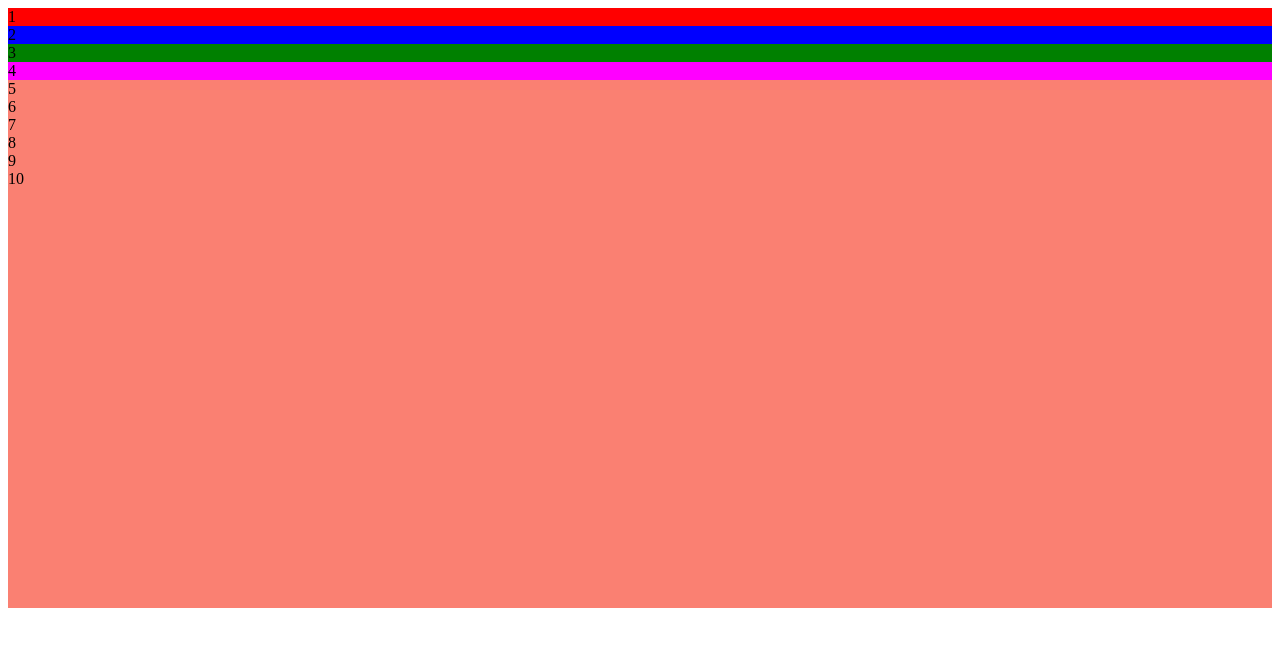
Repository: DinkarRavi/Dinkar_Coding
Page: 22aug24/grid.html
The author's editor kept a copy of each file at every save. The page is drawn from the files as they stood at one save, then again after a run of saves.
The browser window is 1280 px wide. The pictures show the whole page.

Above is the page before, as saved 2024-08-22 15:01:45.

### 22aug24/grid.html
<!DOCTYPE html>
<html lang="en">
<head>
    <meta charset="UTF-8">
    <meta name="viewport" content="width=device-width, initial-scale=1.0">
    <title>Document</title>
    <link rel="stylesheet" href="grid.css">
</head>
<body>

        <div id="parent">
        <div>1</div>
        <div>2</div>
        <div>3</div>
        <div>4</div>
        <div>5</div>
        <div>6</div>
        <div>7</div>
        <div>8</div>
        <div>9</div>
        <div>10</div>

    </div>
</body>
</html>

### 22aug24/grid.css


#parent{
border: 2px;
background-color: salmon;
height: 600px;
display: ;
grid-template-columns: auto;
}
div{
div:nth-child(1) {
  background: red;
}
div:nth-of-type(2) {
    background: blue;
  }
  div:nth-child(3) {
    background: green;
  }
  div:nth-child(4) {
    background: magenta;
  }
}

After the next 3 saves:
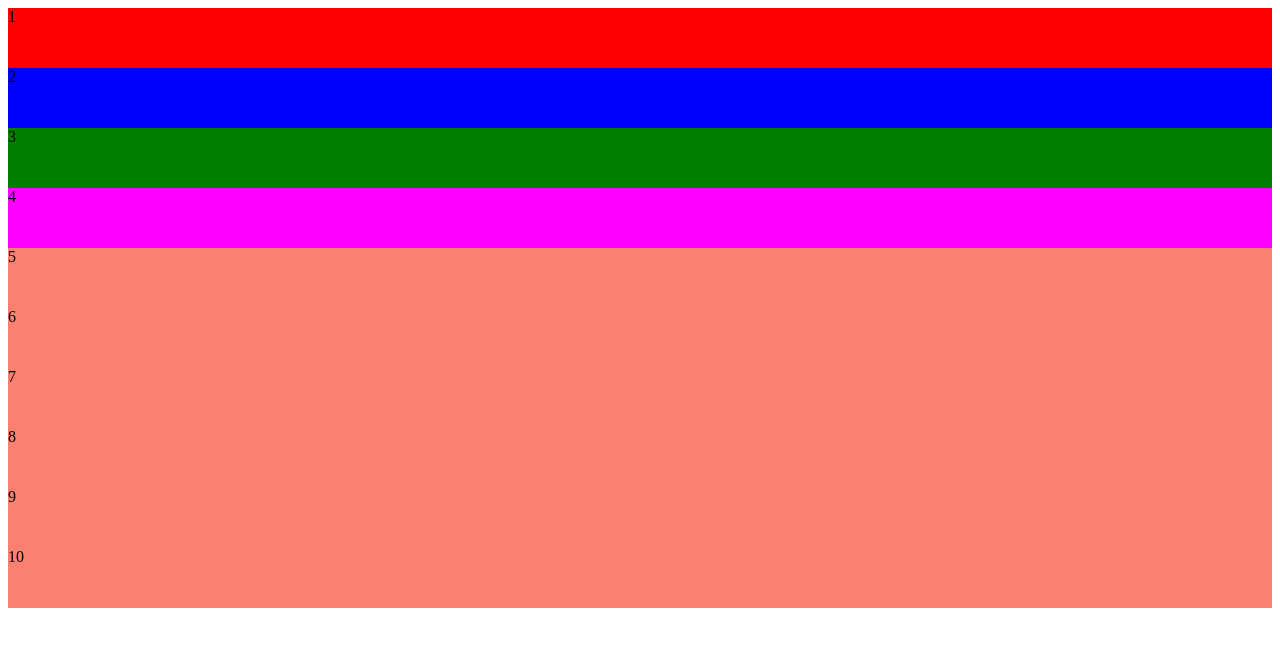
The 3 saves are shown as one change because they came seconds apart.
The last was saved 9 s later.
--- a/22aug24/grid.css
+++ b/22aug24/grid.css
@@ -4,7 +4,7 @@
 border: 2px;
 background-color: salmon;
 height: 600px;
-display: ;
+display: grid;
 grid-template-columns: auto;
 }
 div{
